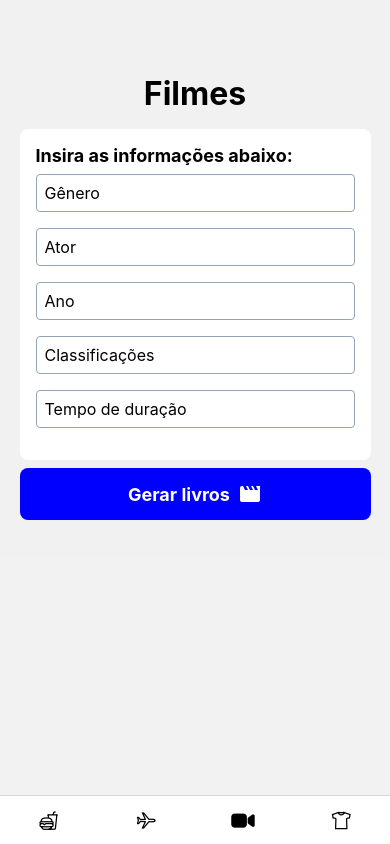
Repository: Matheus904-12/routes
Screen: /filmes (app in roteamento/)
These files come from the project's save history. The screen is drawn as it stood at one moment and after a run of saves; the edit follows.
The app was drawn by React Native's web renderer in a window 390 px wide. The project was rebuilt for these pictures with package versions that can differ from the ones it lists, and the page was loaded fresh each time. Also part of the build but not shown: roteamento/pages/viagem.js, roteamento/pages/roupas.js.

Above is the screen before, as saved 2024-05-01 17:42:23.

### roteamento/App.tsx
import React from 'react';
import { NavigationContainer } from '@react-navigation/native';
import { Routes } from './routes';

export default function App() {
  return (
    <NavigationContainer>
      <Routes />
    </NavigationContainer>
  );
}

### roteamento/routes.js
import { createBottomTabNavigator } from "@react-navigation/bottom-tabs";
import { Viagem } from './pages/viagem';
import { Filmes } from './pages/filmes';
import { Roupas } from './pages/roupas';
import { Receita } from './pages/receita';
import { Ionicons } from '@expo/vector-icons/'

const Tab = createBottomTabNavigator();

export function Routes() {
    return (
        <Tab.Navigator>
            <Tab.Screen
                name="receita"
                component={Receita}
                options={{
                    tabBarShowLabel: false,
                    headerShown: false,
                    tabBarIcon: ({ focused }) => {
                        if (focused) {
                            return (<Ionicons size={25} color={"#000"} name="fast-food" />)
                        }
                        return (<Ionicons size={20} color={"#000"} name="fast-food-outline" />)
                    }
                }}
            />
            <Tab.Screen
                name="viagem"
                component={Viagem}
                options={{
                    tabBarShowLabel: false,
                    headerShown: false,
                    tabBarIcon: ({ focused }) => {
                        if (focused) {
                            return (<Ionicons size={25} color={"#000"} name="airplane" />)
                        }
                        return (<Ionicons size={20} color={"#000"} name="airplane-outline" />)
                    }
                }}
            />
            <Tab.Screen
                name="filmes"
                component={Filmes}
                options={{
                    tabBarShowLabel: false,
                    headerShown: false,
                    tabBarIcon: ({ focused }) => {
                        if (focused) {
                            return (<Ionicons size={25} color={"#000"} name="videocam" />)
                        }
                        return (<Ionicons size={20} color={"#000"} name="videocam-outline" />)
                    }
                }}
            />
            <Tab.Screen
                name="roupas"
                component={Roupas}
                options={{
                    tabBarShowLabel: false,
                    headerShown: false,
                    tabBarIcon: ({ focused }) => {
                        if (focused) {
                            return (<Ionicons size={25} color={"#000"} name="shirt" />)
                        }
                        return (<Ionicons size={20} color={"#000"} name="shirt-outline" />)
                    }
                }}
            />
        </Tab.Navigator>
    )
}

### roteamento/pages/filmes.js
import React, { useState } from 'react';
import { StyleSheet, Text, View, TextInput, TouchableOpacity, Platform, StatusBar, ScrollView, ActivityIndicator, Alert, Keyboard } from 'react-native';
import { MaterialCommunityIcons } from '@expo/vector-icons';

const alturaStatusBar = StatusBar.currentHeight;
const KEY_GPT = 'SUA_CHAVE_DE_API';

export function Filmes() {

    const [load, defLoad] = useState(false);
    const [receita, defReceita] = useState("");

    const [ingr1, defIngr1] = useState("");
    const [ingr2, defIngr2] = useState("");
    const [ingr3, defIngr3] = useState("");
    const [ingr4, defIngr4] = useState("");
    const [ocasiao, defOcasiao] = useState("");

    async function gerarReceita() {
        if (ingr1 === "" || ingr2 === "" || ingr3 === "" || ingr4 === "" || ocasiao === "") {
            Alert.alert("Atenção", "Informe todas as informações!", [{ text: "Beleza!" }])
            return;
        }
        defReceita("");
        defLoad(true);
        Keyboard.dismiss();

        const prompt = `Sugira filmes com titulos populares e bem avalidados com essas especiicações: ${ingr1}, ${ingr2}, ${ingr3} e ${ingr4}, além de mostrar serviços de streaming e pesquise o trailer no YouTube. Caso encontre, informe o link.`;

        fetch("https://api.openai.com/v1/chat/completions", {
            method: "POST",
            headers: {
                "Content-Type": "application/json",
                Authorization: `Bearer ${KEY_GPT}`
            },
            body: JSON.stringify({
                model: "gpt-3.5-turbo",
                messages: [
                    {
                        role: 'user',
                        content: prompt
                    }
                ],
                temperature: 0.20,
                max_tokens: 500,
                top_p: 1,
            })
        })
            .then(response => response.json())
            .then((data) => {
                console.log(data.choices[0].message.content);
                defReceita(data.choices[0].message.content)
            })
            .catch((error) => {
                console.log(error);
            })
            .finally(() => {
                defLoad(false);
            })
    }

    return (
        <ScrollView>
            <View style={ESTILOS.container}>
                <StatusBar barStyle="dark-content" translucent={true} backgroundColor="#F1F1F1" />
                <Text style={ESTILOS.header}>Filmes</Text>
                <View style={ESTILOS.form}>
                    <Text style={ESTILOS.label}>Insira as informações abaixo:</Text>
                    <TextInput
                        placeholder="Gênero"
                        style={ESTILOS.input}
                        value={ingr1}
                        onChangeText={(texto) => defIngr1(texto)}
                    />
                    <TextInput
                        placeholder="Ator"
                        style={ESTILOS.input}
                        value={ingr2}
                        onChangeText={(texto) => defIngr2(texto)}
                    />
                    <TextInput
                        placeholder="Ano"
                        style={ESTILOS.input}
                        value={ingr3}
                        onChangeText={(texto) => defIngr3(texto)}
                    />
                    <TextInput
                        placeholder="Classificações"
                        style={ESTILOS.input}
                        value={ingr4}
                        onChangeText={(texto) => defIngr4(texto)}
                    />
                    <TextInput
                        placeholder="Tempo de duração"
                        style={ESTILOS.input}
                        value={ocasiao}
                        onChangeText={(texto) => defOcasiao(texto)}
                    />
                </View>

                <TouchableOpacity style={ESTILOS.button} onPress={gerarReceita}>
                    <Text style={ESTILOS.buttonText}>Gerar livros</Text>
                    <MaterialCommunityIcons name="movie" size={24} color="#FFF" />
                </TouchableOpacity>

                <ScrollView contentContainerStyle={{ paddingBottom: 24, marginTop: 4, }} style={ESTILOS.containerScroll} showsVerticalScrollIndicator={false} >
                    {load && (
                        <View style={ESTILOS.content}>
                            <Text style={ESTILOS.title}>Procurando livros...</Text>
                            <ActivityIndicator color="#000" size="large" />
                        </View>
                    )}

                    {receita && (
                        <View style={ESTILOS.content}>
                            <Text style={ESTILOS.title}>Livros sigeridos 👇</Text>
                            <Text style={{ lineHeight: 24 }}>{receita} </Text>
                        </View>
                    )}
                </ScrollView>
            </View>
        </ScrollView>
    );
}

const ESTILOS = StyleSheet.create({
    container: {
        flex: 1,
        backgroundColor: '#f1f1f1',
        alignItems: 'center',
        paddingTop: 20,
    },
    header: {
        fontSize: 32,
        fontWeight: 'bold',
        paddingTop: Platform.OS === 'android' ? alturaStatusBar : 54
    },
    form: {
        backgroundColor: '#FFF',
        width: '90%',
        borderRadius: 8,
        padding: 16,
        marginTop: 16,
        marginBottom: 8,
    },
    label: {
        fontWeight: 'bold',
        fontSize: 18,
        marginBottom: 8,
    },
    input: {
        borderWidth: 1,
        borderRadius: 4,
        borderColor: '#94a3b8',
        padding: 8,
        fontSize: 16,
        marginBottom: 16,
    },
    button: {
        backgroundColor: 'blue',
        width: '90%',
        borderRadius: 8,
        flexDirection: 'row',
        padding: 14,
        justifyContent: 'center',
        alignItems: 'center',
        gap: 8,
    },
    buttonText: {
        fontSize: 18,
        color: '#FFF',
        fontWeight: 'bold'
    },
    content: {
        backgroundColor: '#FFF',
        padding: 16,
        width: '100%',
        marginTop: 16,
        borderRadius: 8,
    },
    title: {
        fontSize: 18,
        fontWeight: 'bold',
        textAlign: 'center',
        marginBottom: 14
    },
    containerScroll: {
        width: '90%',
        marginTop: 8,
    }
});

### roteamento/pages/receita.js
import React, { useState } from 'react';
import { StyleSheet, Text, View, TextInput, TouchableOpacity, Platform, StatusBar, ScrollView, ActivityIndicator, Alert, Keyboard } from 'react-native';
import { MaterialCommunityIcons } from '@expo/vector-icons';

const alturaStatusBar = StatusBar.currentHeight;
const KEY_GPT = 'SUA_CHAVE_DE_API';

export function Receita() {

    const [load, defLoad] = useState(false);
    const [receita, defReceita] = useState("");

    const [ingr1, defIngr1] = useState("");
    const [ingr2, defIngr2] = useState("");
    const [ingr3, defIngr3] = useState("");
    const [ingr4, defIngr4] = useState("");
    const [ocasiao, defOcasiao] = useState("");

    async function gerarReceita() {
        if (ingr1 === "" || ingr2 === "" || ingr3 === "" || ingr4 === "" || ocasiao === "") {
            Alert.alert("Atenção", "Informe todos os ingredientes!", [{ text: "Beleza!" }])
            return;
        }
        defReceita("");
        defLoad(true);
        Keyboard.dismiss();

        const prompt = `Sugira uma receita detalhada para o ${ocasiao} usando os ingredientes: ${ingr1}, ${ingr2}, ${ingr3} e ${ingr4} e pesquise a receita no YouTube. Caso encontre, informe o link.`;

        fetch("https://api.openai.com/v1/chat/completions", {
            method: "POST",
            headers: {
                "Content-Type": "application/json",
                Authorization: `Bearer ${KEY_GPT}`
            },
            body: JSON.stringify({
                model: "gpt-3.5-turbo",
                messages: [
                    {
                        role: 'user',
                        content: prompt
                    }
                ],
                temperature: 0.20,
                max_tokens: 500,
                top_p: 1,
            })
        })
            .then(response => response.json())
            .then((data) => {
                console.log(data.choices[0].message.content);
                defReceita(data.choices[0].message.content)
            })
            .catch((error) => {
                console.log(error);
            })
            .finally(() => {
                defLoad(false);
            })
    }

    return (
        <ScrollView>
            <View style={ESTILOS.container}>
                <StatusBar barStyle="dark-content" translucent={true} backgroundColor="#F1F1F1" />
                <Text style={ESTILOS.header}>Receitas Fáceis</Text>
                <View style={ESTILOS.form}>
                    <Text style={ESTILOS.label}>Insira os ingredientes abaixo:</Text>
                    <TextInput
                        placeholder="Ingrediente 1"
                        style={ESTILOS.input}
                        value={ingr1}
                        onChangeText={(texto) => defIngr1(texto)}
                    />
                    <TextInput
                        placeholder="Ingrediente 2"
                        style={ESTILOS.input}
                        value={ingr2}
                        onChangeText={(texto) => defIngr2(texto)}
                    />
                    <TextInput
                        placeholder="Ingrediente 3"
                        style={ESTILOS.input}
                        value={ingr3}
                        onChangeText={(texto) => defIngr3(texto)}
                    />
                    <TextInput
                        placeholder="Ingrediente 4"
                        style={ESTILOS.input}
                        value={ingr4}
                        onChangeText={(texto) => defIngr4(texto)}
                    />
                    <TextInput
                        placeholder="Almoço ou Jantar"
                        style={ESTILOS.input}
                        value={ocasiao}
                        onChangeText={(texto) => defOcasiao(texto)}
                    />
                </View>

                <TouchableOpacity style={ESTILOS.button} onPress={gerarReceita}>
                    <Text style={ESTILOS.buttonText}>Gerar receita</Text>
                    <MaterialCommunityIcons name="food-variant" size={24} color="#FFF" />
                </TouchableOpacity>

                <ScrollView contentContainerStyle={{ paddingBottom: 24, marginTop: 4, }} style={ESTILOS.containerScroll} showsVerticalScrollIndicator={false} >
                    {load && (
                        <View style={ESTILOS.content}>
                            <Text style={ESTILOS.title}>Produzindo receita...</Text>
                            <ActivityIndicator color="#000" size="large" />
                        </View>
                    )}

                    {receita && (
                        <View style={ESTILOS.content}>
                            <Text style={ESTILOS.title}>Sua receita 👇</Text>
                            <Text style={{ lineHeight: 24 }}>{receita} </Text>
                        </View>
                    )}
                </ScrollView>
            </View>
        </ScrollView>
    );
}

const ESTILOS = StyleSheet.create({
    container: {
        flex: 1,
        alignItems: 'center',
        paddingTop: 20,
    },
    header: {
        fontSize: 32,
        fontWeight: 'bold',
        paddingTop: Platform.OS === 'android' ? alturaStatusBar : 54
    },
    form: {
        backgroundColor: '#FFF',
        width: '90%',
        borderRadius: 8,
        padding: 16,
        marginTop: 16,
        marginBottom: 8,
    },
    label: {
        fontWeight: 'bold',
        fontSize: 18,
        marginBottom: 8,
    },
    input: {
        borderWidth: 1,
        borderRadius: 4,
        borderColor: '#94a3b8',
        padding: 8,
        fontSize: 16,
        marginBottom: 16,
    },
    button: {
        backgroundColor: 'blue',
        width: '90%',
        borderRadius: 8,
        flexDirection: 'row',
        padding: 14,
        justifyContent: 'center',
        alignItems: 'center',
        gap: 8,
    },
    buttonText: {
        fontSize: 18,
        color: '#FFF',
        fontWeight: 'bold'
    },
    content: {
        backgroundColor: '#FFF',
        padding: 16,
        width: '100%',
        marginTop: 16,
        borderRadius: 8,
    },
    title: {
        fontSize: 18,
        fontWeight: 'bold',
        textAlign: 'center',
        marginBottom: 14
    },
    containerScroll: {
        width: '90%',
        marginTop: 8,
    }
});

After the next 3 saves:
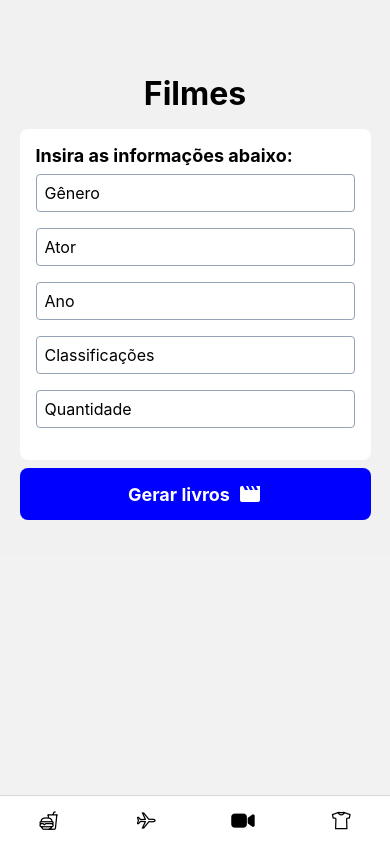
The 3 saves are shown as one change because they came seconds apart.
The last was saved 22 s later.
--- a/roteamento/pages/filmes.js
+++ b/roteamento/pages/filmes.js
@@ -91,7 +91,7 @@ export function Filmes() {
                         onChangeText={(texto) => defIngr4(texto)}
                     />
                     <TextInput
-                        placeholder="Tempo de duração"
+                        placeholder="Quantidade "
                         style={ESTILOS.input}
                         value={ocasiao}
                         onChangeText={(texto) => defOcasiao(texto)}
